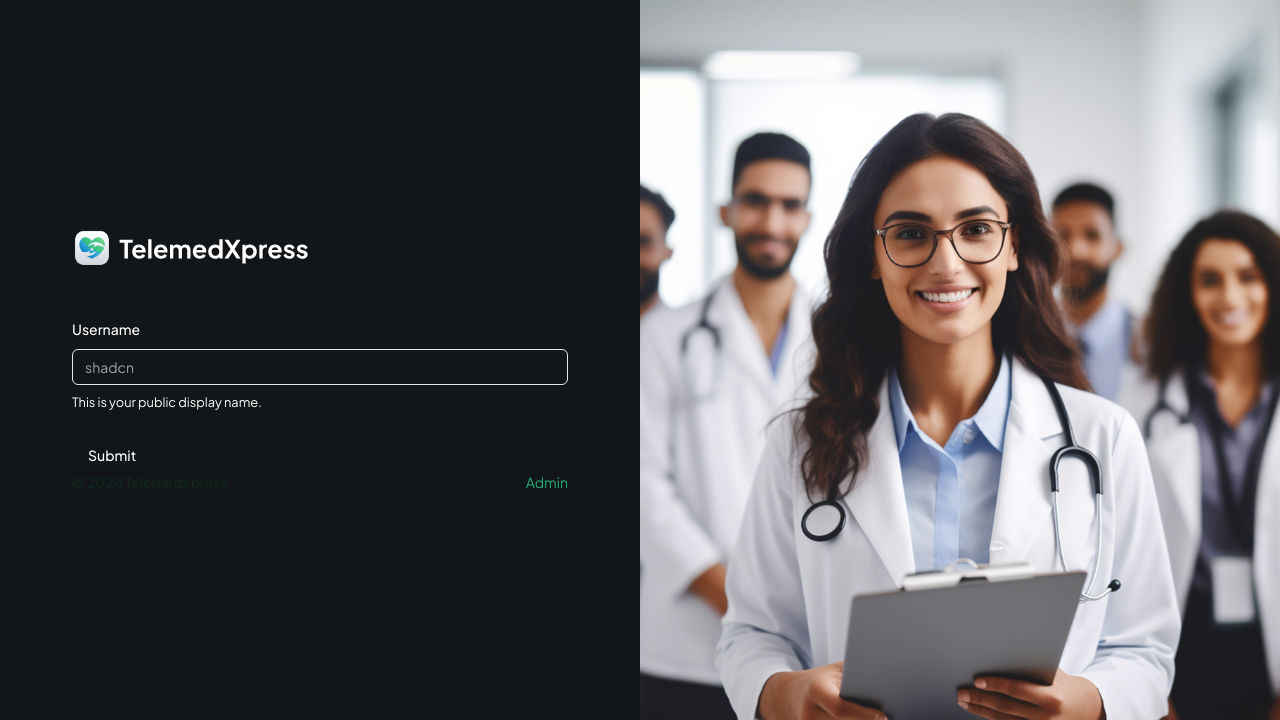
Repository: Carlito-Pedida/telemed
Page: /
The author's editor kept a copy of each file at every save. The page is drawn from the files as they stood at one save, then again after the next save.
The browser window is 1280 px wide. The pictures show the whole page.
The project was rebuilt for these pictures with package versions that can differ from the ones it lists, and the page was loaded fresh each time. The framework's server and built-in components were replaced by stand-ins that run in the browser. Also part of the build but not shown: next.config.mjs.

Above is the page before, as saved 2024-11-04 16:50:48.

### app/layout.tsx
import type { Metadata } from "next";
import { Plus_Jakarta_Sans } from "next/font/google";
import "./globals.css";
import { cn } from "@/lib/utils";
import { ThemeProvider } from "@/components/theme-provider";

const fontSans = Plus_Jakarta_Sans({
  subsets: ["latin"],
  weight: ["300", "400", "500", "600", "700"],
  variable: "--font-sans"
});

export const metadata: Metadata = {
  title: "TelemedXpress",
  description: "An Online Healthcare Resource"
};

export default function RootLayout({
  children
}: Readonly<{
  children: React.ReactNode;
}>) {
  return (
    <html lang="en">
      <body
        className={cn(
          "min-h-screen bg-dark-300 font-sans antialiased",
          fontSans.variable
        )}
      >
        <ThemeProvider
          attribute="class"
          defaultTheme="dark"
          enableSystem
          disableTransitionOnChange
        >
          {children}
        </ThemeProvider>
      </body>
    </html>
  );
}

### app/page.tsx
import PatientForm from "@/components/forms/PatientForm";
import Image from "next/image";
import Link from "next/link";

export default function Home() {
  return (
    <div className="flex h-screen max-h-screen">
      {/* {TODO: OTP Verification | PasskeyModal} */}
      <section className="remove-scrollbar container my-auto">
        <div className="sub-container max-w-[496px]">
          <Image
            src="/assets/icons/logo-full.svg"
            alt="patient"
            width={1000}
            height={1000}
            className="mb-12 h-10 w-fit"
          />

          <PatientForm />

          <div className="text-14-regular mt--20 flex justify-between">
            <p className="justify-items-end text-green-600 xl:text-left">
              © 2024 TelemedXpress
            </p>
            <Link href="/?admin=true" className="text-green-500">
              Admin
            </Link>
          </div>
        </div>
      </section>

      <Image
        src="/assets/images/onboarding-img.png"
        alt="patient"
        width={1000}
        height={1000}
        className="side-img max-w-[50%]"
      />
    </div>
  );
}

### lib/utils.ts
import { type ClassValue, clsx } from "clsx";
import { twMerge } from "tailwind-merge";

export function cn(...inputs: ClassValue[]) {
  return twMerge(clsx(inputs));
}

export const parseStringify = (value: any) => JSON.parse(JSON.stringify(value));

export const convertFileToUrl = (file: File) => URL.createObjectURL(file);

// FORMAT DATE TIME
export const formatDateTime = (dateString: Date | string) => {
  const dateTimeOptions: Intl.DateTimeFormatOptions = {
    // weekday: "short", // abbreviated weekday name (e.g., 'Mon')
    month: "short", // abbreviated month name (e.g., 'Oct')
    day: "numeric", // numeric day of the month (e.g., '25')
    year: "numeric", // numeric year (e.g., '2023')
    hour: "numeric", // numeric hour (e.g., '8')
    minute: "numeric", // numeric minute (e.g., '30')
    hour12: true // use 12-hour clock (true) or 24-hour clock (false)
  };

  const dateDayOptions: Intl.DateTimeFormatOptions = {
    weekday: "short", // abbreviated weekday name (e.g., 'Mon')
    year: "numeric", // numeric year (e.g., '2023')
    month: "2-digit", // abbreviated month name (e.g., 'Oct')
    day: "2-digit" // numeric day of the month (e.g., '25')
  };

  const dateOptions: Intl.DateTimeFormatOptions = {
    month: "short", // abbreviated month name (e.g., 'Oct')
    year: "numeric", // numeric year (e.g., '2023')
    day: "numeric" // numeric day of the month (e.g., '25')
  };

  const timeOptions: Intl.DateTimeFormatOptions = {
    hour: "numeric", // numeric hour (e.g., '8')
    minute: "numeric", // numeric minute (e.g., '30')
    hour12: true // use 12-hour clock (true) or 24-hour clock (false)
  };

  const formattedDateTime: string = new Date(dateString).toLocaleString(
    "en-US",
    dateTimeOptions
  );

  const formattedDateDay: string = new Date(dateString).toLocaleString(
    "en-US",
    dateDayOptions
  );

  const formattedDate: string = new Date(dateString).toLocaleString(
    "en-US",
    dateOptions
  );

  const formattedTime: string = new Date(dateString).toLocaleString(
    "en-US",
    timeOptions
  );

  return {
    dateTime: formattedDateTime,
    dateDay: formattedDateDay,
    dateOnly: formattedDate,
    timeOnly: formattedTime
  };
};

export function encryptKey(passkey: string) {
  return btoa(passkey);
}

export function decryptKey(passkey: string) {
  return atob(passkey);
}

### components/forms/PatientForm.tsx
"use client";

import { zodResolver } from "@hookform/resolvers/zod";
import { useForm } from "react-hook-form";
import { z } from "zod";

import { Button } from "@/components/ui/button";
import {
  Form,
  FormControl,
  FormDescription,
  FormField,
  FormItem,
  FormLabel,
  FormMessage
} from "@/components/ui/form";
import { Input } from "@/components/ui/input";

const formSchema = z.object({
  username: z.string().min(2).max(50)
});

const PatientForm = () => {
  // 1. Define your form.
  const form = useForm<z.infer<typeof formSchema>>({
    resolver: zodResolver(formSchema),
    defaultValues: {
      username: ""
    }
  });

  // 2. Define a submit handler.
  function onSubmit(values: z.infer<typeof formSchema>) {
    // Do something with the form values.
    // ✅ This will be type-safe and validated.
    console.log(values);
  }
  return (
    <div>
      <Form {...form}>
        <form
          onSubmit={form.handleSubmit(onSubmit)}
          className="space-y-6 flex-1"
        >
          <FormField
            control={form.control}
            name="username"
            render={({ field }) => (
              <FormItem>
                <FormLabel>Username</FormLabel>
                <FormControl>
                  <Input placeholder="shadcn" {...field} />
                </FormControl>
                <FormDescription>
                  This is your public display name.
                </FormDescription>
                <FormMessage />
              </FormItem>
            )}
          />
          <Button type="submit">Submit</Button>
        </form>
      </Form>
    </div>
  );
};

export default PatientForm;

### components/ui/button.tsx
import * as React from "react"
import { Slot } from "@radix-ui/react-slot"
import { cva, type VariantProps } from "class-variance-authority"

import { cn } from "@/lib/utils"

const buttonVariants = cva(
  "inline-flex items-center justify-center gap-2 whitespace-nowrap rounded-md text-sm font-medium ring-offset-background transition-colors focus-visible:outline-none focus-visible:ring-2 focus-visible:ring-ring focus-visible:ring-offset-2 disabled:pointer-events-none disabled:opacity-50 [&_svg]:pointer-events-none [&_svg]:size-4 [&_svg]:shrink-0",
  {
    variants: {
      variant: {
        default:
          "bg-primary text-primary-foreground shadow hover:bg-primary/90",
        destructive:
          "bg-destructive text-destructive-foreground shadow-sm hover:bg-destructive/90",
        outline:
          "border border-input bg-background shadow-sm hover:bg-accent hover:text-accent-foreground",
        secondary:
          "bg-secondary text-secondary-foreground shadow-sm hover:bg-secondary/80",
        ghost: "hover:bg-accent hover:text-accent-foreground",
        link: "text-primary underline-offset-4 hover:underline",
      },
      size: {
        default: "h-9 px-4 py-2",
        sm: "h-8 rounded-md px-3 text-xs",
        lg: "h-10 rounded-md px-8",
        icon: "h-9 w-9",
      },
    },
    defaultVariants: {
      variant: "default",
      size: "default",
    },
  }
)

export interface ButtonProps
  extends React.ButtonHTMLAttributes<HTMLButtonElement>,
    VariantProps<typeof buttonVariants> {
  asChild?: boolean
}

const Button = React.forwardRef<HTMLButtonElement, ButtonProps>(
  ({ className, variant, size, asChild = false, ...props }, ref) => {
    const Comp = asChild ? Slot : "button"
    return (
      <Comp
        className={cn(buttonVariants({ variant, size, className }))}
        ref={ref}
        {...props}
      />
    )
  }
)
Button.displayName = "Button"

export { Button, buttonVariants }

### components/ui/form.tsx
"use client"

import * as React from "react"
import * as LabelPrimitive from "@radix-ui/react-label"
import { Slot } from "@radix-ui/react-slot"
import {
  Controller,
  ControllerProps,
  FieldPath,
  FieldValues,
  FormProvider,
  useFormContext,
} from "react-hook-form"

import { cn } from "@/lib/utils"
import { Label } from "@/components/ui/label"

const Form = FormProvider

type FormFieldContextValue<
  TFieldValues extends FieldValues = FieldValues,
  TName extends FieldPath<TFieldValues> = FieldPath<TFieldValues>
> = {
  name: TName
}

const FormFieldContext = React.createContext<FormFieldContextValue>(
  {} as FormFieldContextValue
)

const FormField = <
  TFieldValues extends FieldValues = FieldValues,
  TName extends FieldPath<TFieldValues> = FieldPath<TFieldValues>
>({
  ...props
}: ControllerProps<TFieldValues, TName>) => {
  return (
    <FormFieldContext.Provider value={{ name: props.name }}>
      <Controller {...props} />
    </FormFieldContext.Provider>
  )
}

const useFormField = () => {
  const fieldContext = React.useContext(FormFieldContext)
  const itemContext = React.useContext(FormItemContext)
  const { getFieldState, formState } = useFormContext()

  const fieldState = getFieldState(fieldContext.name, formState)

  if (!fieldContext) {
    throw new Error("useFormField should be used within <FormField>")
  }

  const { id } = itemContext

  return {
    id,
    name: fieldContext.name,
    formItemId: `${id}-form-item`,
    formDescriptionId: `${id}-form-item-description`,
    formMessageId: `${id}-form-item-message`,
    ...fieldState,
  }
}

type FormItemContextValue = {
  id: string
}

const FormItemContext = React.createContext<FormItemContextValue>(
  {} as FormItemContextValue
)

const FormItem = React.forwardRef<
  HTMLDivElement,
  React.HTMLAttributes<HTMLDivElement>
>(({ className, ...props }, ref) => {
  const id = React.useId()

  return (
    <FormItemContext.Provider value={{ id }}>
      <div ref={ref} className={cn("space-y-2", className)} {...props} />
    </FormItemContext.Provider>
  )
})
FormItem.displayName = "FormItem"

const FormLabel = React.forwardRef<
  React.ElementRef<typeof LabelPrimitive.Root>,
  React.ComponentPropsWithoutRef<typeof LabelPrimitive.Root>
>(({ className, ...props }, ref) => {
  const { error, formItemId } = useFormField()

  return (
    <Label
      ref={ref}
      className={cn(error && "text-destructive", className)}
      htmlFor={formItemId}
      {...props}
    />
  )
})
FormLabel.displayName = "FormLabel"

const FormControl = React.forwardRef<
  React.ElementRef<typeof Slot>,
  React.ComponentPropsWithoutRef<typeof Slot>
>(({ ...props }, ref) => {
  const { error, formItemId, formDescriptionId, formMessageId } = useFormField()

  return (
    <Slot
      ref={ref}
      id={formItemId}
      aria-describedby={
        !error
          ? `${formDescriptionId}`
          : `${formDescriptionId} ${formMessageId}`
      }
      aria-invalid={!!error}
      {...props}
    />
  )
})
FormControl.displayName = "FormControl"

const FormDescription = React.forwardRef<
  HTMLParagraphElement,
  React.HTMLAttributes<HTMLParagraphElement>
>(({ className, ...props }, ref) => {
  const { formDescriptionId } = useFormField()

  return (
    <p
      ref={ref}
      id={formDescriptionId}
      className={cn("text-[0.8rem] text-muted-foreground", className)}
      {...props}
    />
  )
})
FormDescription.displayName = "FormDescription"

const FormMessage = React.forwardRef<
  HTMLParagraphElement,
  React.HTMLAttributes<HTMLParagraphElement>
>(({ className, children, ...props }, ref) => {
  const { error, formMessageId } = useFormField()
  const body = error ? String(error?.message) : children

  if (!body) {
    return null
  }

  return (
    <p
      ref={ref}
      id={formMessageId}
      className={cn("text-[0.8rem] font-medium text-destructive", className)}
      {...props}
    >
      {body}
    </p>
  )
})
FormMessage.displayName = "FormMessage"

export {
  useFormField,
  Form,
  FormItem,
  FormLabel,
  FormControl,
  FormDescription,
  FormMessage,
  FormField,
}

### components/ui/input.tsx
import * as React from "react"

import { cn } from "@/lib/utils"

export interface InputProps
  extends React.InputHTMLAttributes<HTMLInputElement> {}

const Input = React.forwardRef<HTMLInputElement, InputProps>(
  ({ className, type, ...props }, ref) => {
    return (
      <input
        type={type}
        className={cn(
          "flex h-9 w-full rounded-md border border-input bg-transparent px-3 py-1 text-sm shadow-sm transition-colors file:border-0 file:bg-transparent file:text-sm file:font-medium file:text-foreground placeholder:text-muted-foreground focus-visible:outline-none focus-visible:ring-1 focus-visible:ring-ring disabled:cursor-not-allowed disabled:opacity-50",
          className
        )}
        ref={ref}
        {...props}
      />
    )
  }
)
Input.displayName = "Input"

export { Input }

### components/ui/label.tsx
"use client"

import * as React from "react"
import * as LabelPrimitive from "@radix-ui/react-label"
import { cva, type VariantProps } from "class-variance-authority"

import { cn } from "@/lib/utils"

const labelVariants = cva(
  "text-sm font-medium leading-none peer-disabled:cursor-not-allowed peer-disabled:opacity-70"
)

const Label = React.forwardRef<
  React.ElementRef<typeof LabelPrimitive.Root>,
  React.ComponentPropsWithoutRef<typeof LabelPrimitive.Root> &
    VariantProps<typeof labelVariants>
>(({ className, ...props }, ref) => (
  <LabelPrimitive.Root
    ref={ref}
    className={cn(labelVariants(), className)}
    {...props}
  />
))
Label.displayName = LabelPrimitive.Root.displayName

export { Label }

### tailwind.config.ts
import type { Config } from "tailwindcss";

const { fontFamily } = require("tailwindcss/defaultTheme");

const config = {
  darkMode: ["class"],
  content: [
    "./pages/**/*.{ts,tsx}",
    "./components/**/*.{ts,tsx}",
    "./app/**/*.{ts,tsx}",
    "./src/**/*.{ts,tsx}"
  ],
  prefix: "",
  theme: {
    container: {
      center: true,
      padding: "2rem",
      screens: {
        "2xl": "1400px"
      }
    },
    extend: {
      colors: {
        green: {
          500: "#24AE7C",
          600: "#0D2A1F"
        },
        blue: {
          500: "#79B5EC",
          600: "#152432"
        },
        red: {
          500: "#F37877",
          600: "#3E1716",
          700: "#F24E43"
        },
        light: {
          200: "#E8E9E9"
        },
        dark: {
          200: "#0D0F10",
          300: "#131619",
          400: "#1A1D21",
          500: "#363A3D",
          600: "#76828D",
          700: "#ABB8C4"
        }
      },
      fontFamily: {
        sans: ["var(--font-sans)", ...fontFamily.sans]
      },
      backgroundImage: {
        appointments: "url('/assets/images/appointments-bg.png')",
        pending: "url('/assets/images/pending-bg.png')",
        cancelled: "url('/assets/images/cancelled-bg.png')"
      },
      keyframes: {
        "accordion-down": {
          from: { height: "0" },
          to: { height: "var(--radix-accordion-content-height)" }
        },
        "accordion-up": {
          from: { height: "var(--radix-accordion-content-height)" },
          to: { height: "0" }
        },
        "caret-blink": {
          "0%,70%,100%": { opacity: "1" },
          "20%,50%": { opacity: "0" }
        }
      },
      animation: {
        "accordion-down": "accordion-down 0.2s ease-out",
        "accordion-up": "accordion-up 0.2s ease-out",
        "caret-blink": "caret-blink 1.25s ease-out infinite"
      }
    }
  },
  plugins: [require("tailwindcss-animate")]
} satisfies Config;

export default config;

Loaded but not shown: app/globals.css (common file); components/theme-provider.tsx (common file)

After the next save:
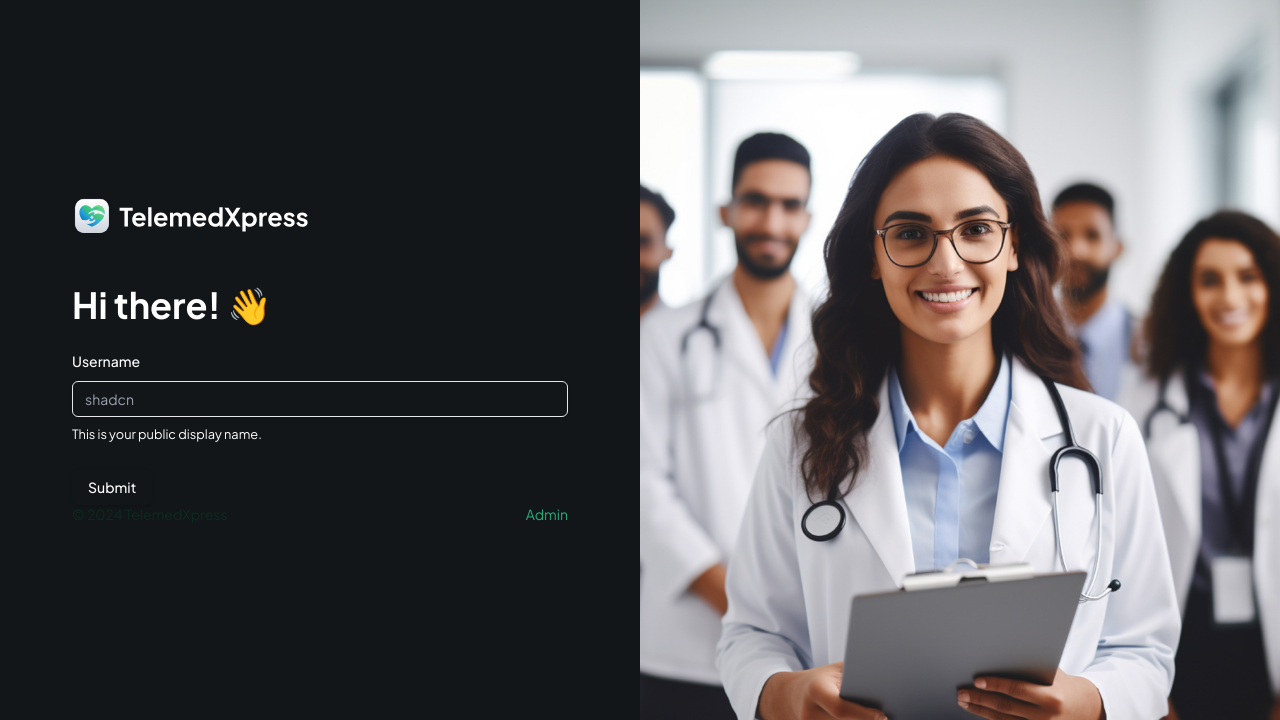
Saved 2 min 20 s later.
--- a/components/forms/PatientForm.tsx
+++ b/components/forms/PatientForm.tsx
@@ -42,6 +42,10 @@ const PatientForm = () => {
           onSubmit={form.handleSubmit(onSubmit)}
           className="space-y-6 flex-1"
         >
+          <section>
+            <h1 className="header">Hi there! 👋 </h1>
+            <p></p>
+          </section>
           <FormField
             control={form.control}
             name="username"
